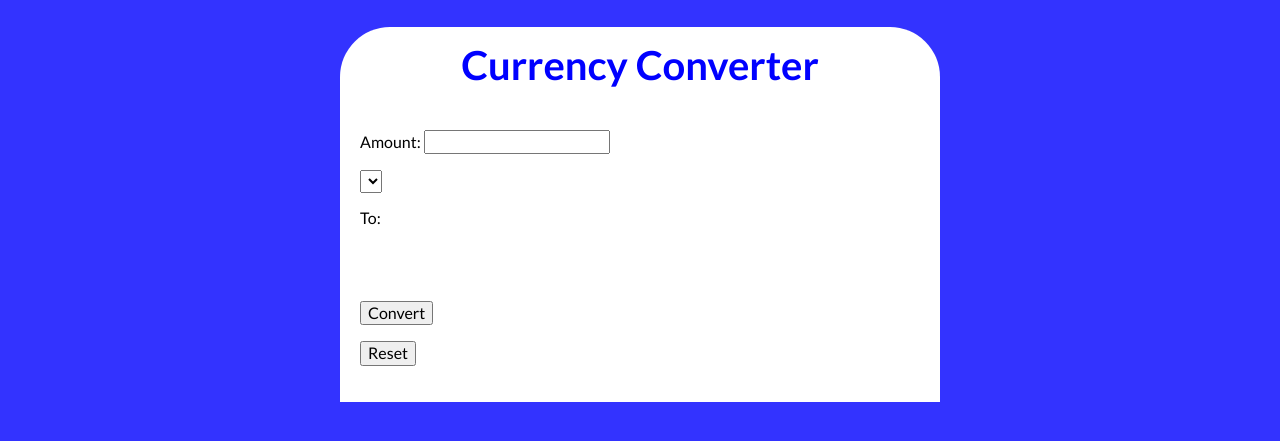
Repository: kkasperczyk/currency-converter
Page: index.html
The author's editor kept a copy of each file at every save. The page is drawn from the files as they stood at one save, then again after a run of saves.
The browser window is 1280 px wide. The pictures show the whole page.

Above is the page before, as saved 2020-06-15 22:34:59.

After the next 2 saves:
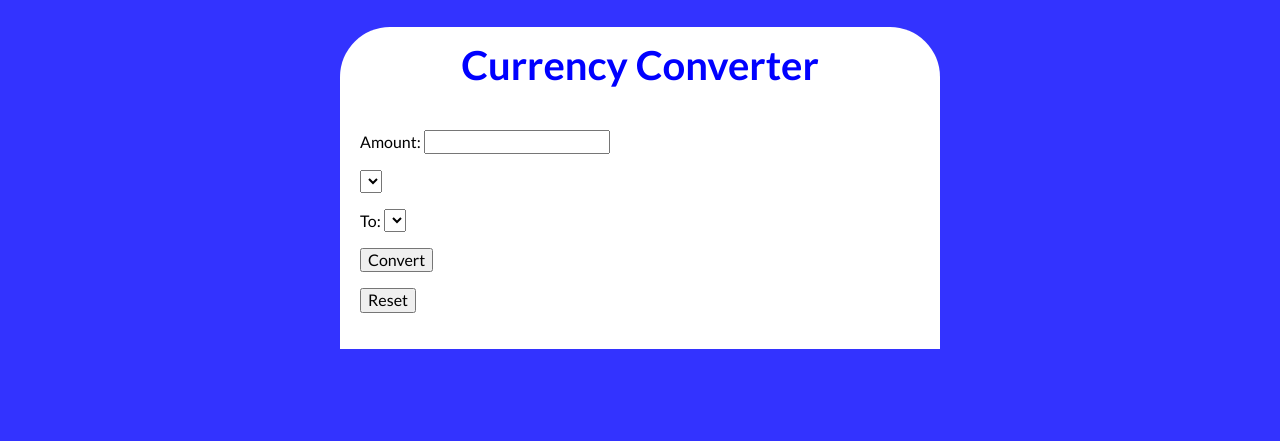
The 2 saves are shown as one change because they came seconds apart.
The last was saved 12 s later.
--- a/index.html
+++ b/index.html
@@ -42,9 +42,7 @@
                 <p>
                     <label>
                         To:
-                        <option value=""></option>
-                        <option value=""></option>
-                        <option value=""></option>
+                        <select name="" id=""></select>
                     </label>
                 </p>
                 <p>
